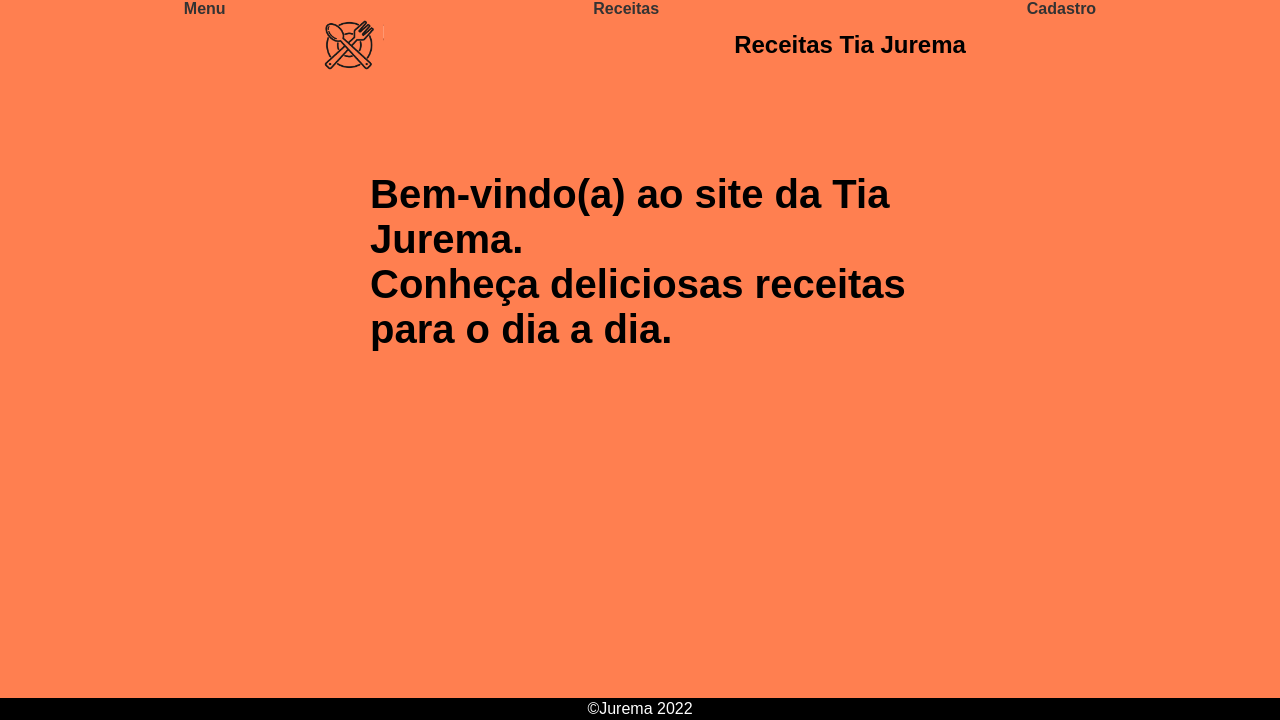
Repository: devropaes/RECEITAS
Page: OneDrive/Área de Trabalho/Estudos/Estácio/receitas/menu.html
An editor plug-in stored every save of this project. The page is shown before and after the next save, followed by the edit.
The browser window is 1280 px wide. The pictures show the whole page.
Some web libraries are served in a nearby version.

Above is the page before, as saved 2024-03-12 15:27:33.

### OneDrive/Área de Trabalho/Estudos/Estácio/receitas/menu.html
<!DOCTYPE html>
<html lang="pt-br" >
<head>
  <head>
    <meta charset="UTF-8">
    <meta http-equiv="X-UA-Compatible" content="IE=edge">
    <meta name="viewport" content="width=device-width, initial-scale=1.0">
    <script src="https://kit.fontawesome.com/a076d05399.js" crossorigin="anonymous"></script>
    <link rel="stylesheet" href="./menu.css">

    <title>Menu</title>

 </head>
<body>

  <ul class="navlist">
      <li><a href="home.html">Menu</a></li>
      <li><a href="receitas.html">Receitas</a></li>
      <LI><a href="cadastro.html">Cadastro</a></LI>
 </ul>

  <main class="content">
    <div class="logo-container">
        <img src="./assets/Foto3.png" class="logo">
              <a class = "receitas__tia__jurema"> <strong>Receitas Tia Jurema</strong> </a>
    </div>
          <div class="apresentacao">
              <h1>Bem-vindo(a) ao site da Tia Jurema.</h1>
              <h1>Conheça deliciosas receitas para o dia a dia.</h1>
          </div>

  </main>



      <footer class="rodape">
           <p>&copy;Jurema 2022 </p>
      </footer>
</body>
</html>

### OneDrive/Área de Trabalho/Estudos/Estácio/receitas/menu.css


:root {
    --cor-primaria: #ff7f50;
    --cor-secundaria: #333;
    --cor-terciaria: #000;
    --cor-hover: #fff;
    --font-primaria: "Arial, Helvetica", sans-serif;
    --font-secundaria: "Krona-One", sans-serif;
}

* {
    margin: 0;
    padding: 0;
    box-sizing: border-box;
}

body {
    background-color: var(--cor-primaria);
    font-family: var(--font-secundaria);
    font-size: 1em;
    font-weight: 400;
    text-align: center;
}

.navlist {
    list-style: none;
    padding: 0;
    display: flex;
    justify-content: space-around;
    color: var(--cor-secundaria);
    font-weight: 600;
}

.navlist a {
    text-decoration: none;
    color: var(--cor-secundaria);
    font-size: 16px;
    font-weight: 600;
    font-family: var(--font-primaria);
}
.logo-container {
    display: flex;
    align-items: center;
    margin-bottom: 50px;
}

.logo {
    width: 70px;
    margin-right: 30px; /* Ajuste conforme necessário */
}

.receitas__tia__jurema {
    font-size: 1.5em;
}

.content {
    display: flex;
    flex-direction: column;
    align-items: center;
    justify-content: center;
    text-align: center;
}

.apresentacao {
    font-size: 1.25em;
    text-align:start;
    padding: 50px;
    width: 50%; /* Ajuste conforme necessário */
    margin: auto;
}

/* Adicione esta regra para alinhar o logo à esquerda da Receitas Tia Jurema */
..content {
    display: flex;
    align-items: center;
}

.logo {
    margin-right: 350px; /* Ajuste conforme necessário */
    align-items: end;
}

.rodape {
    background-color: var(--cor-terciaria);
    color: var(--cor-hover);
    text-align: center;
    padding: 2px;
    position: fixed;
    border-bottom: var(--cor-hover);
    left: 0;
    bottom: 0%;
    width: 100%;
    max-width: 100%;
}

After the next save:
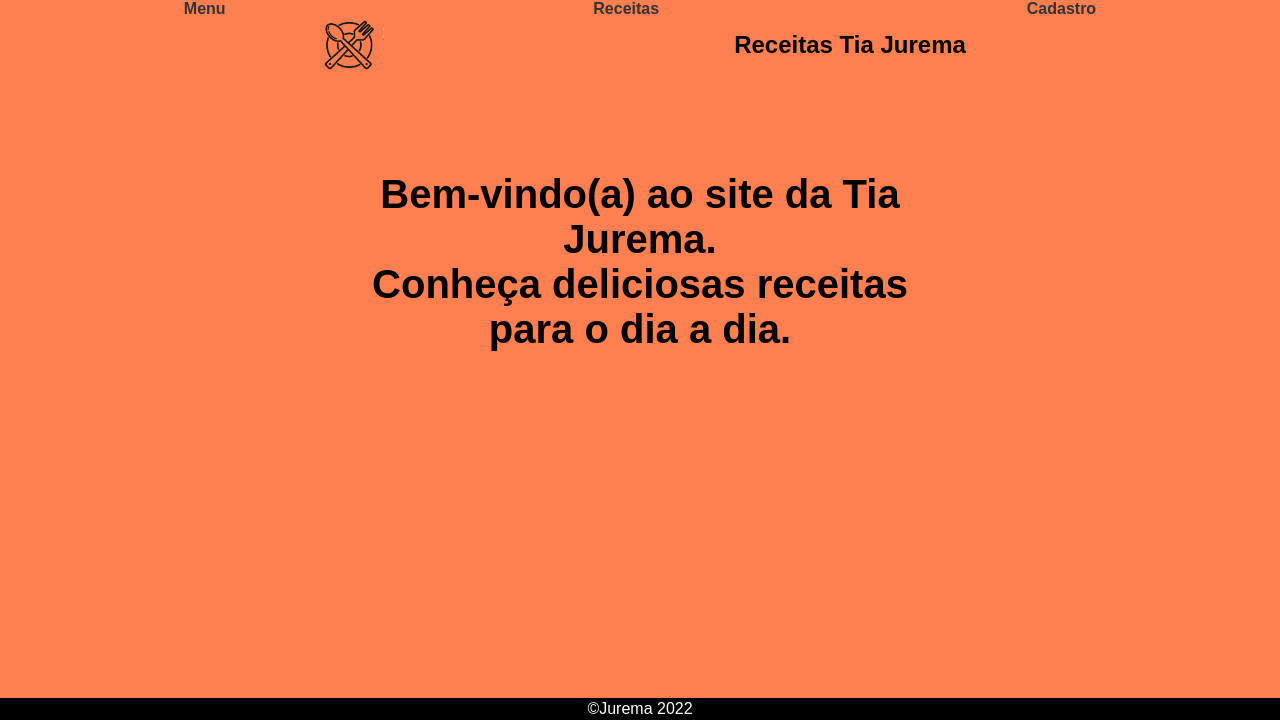
Saved 17 s later.
--- a/OneDrive/Área de Trabalho/Estudos/Estácio/receitas/menu.css
+++ b/OneDrive/Área de Trabalho/Estudos/Estácio/receitas/menu.css
@@ -64,7 +64,7 @@ body {
 
 .apresentacao {
     font-size: 1.25em;
-    text-align:start;
+    text-align:inherit;
     padding: 50px;
     width: 50%; /* Ajuste conforme necessário */
     margin: auto;
